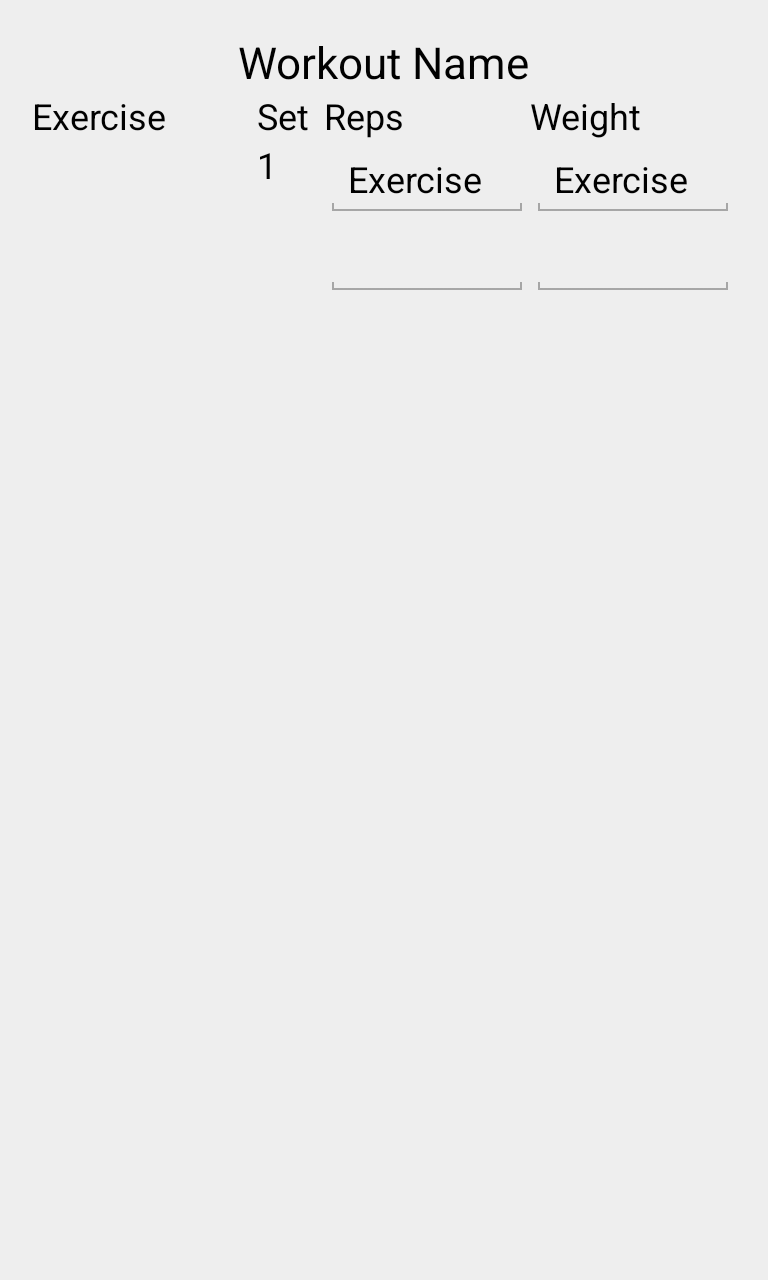
Repository: jmcdon09/EZWorkout
Layout: EzTrain/EzTrain/res/layout/activity_active_workout.xml
The author's editor kept a copy of each file at every save. The layout is drawn from the files as they stood at one save, then again after the next save.
It is drawn on a 768 x 1280 px phone screen (xhdpi) without system bars, with theme AppTheme; the app's code is not run.

Above is the layout before, as saved 2014-03-30 14:19:22.

After the next save:
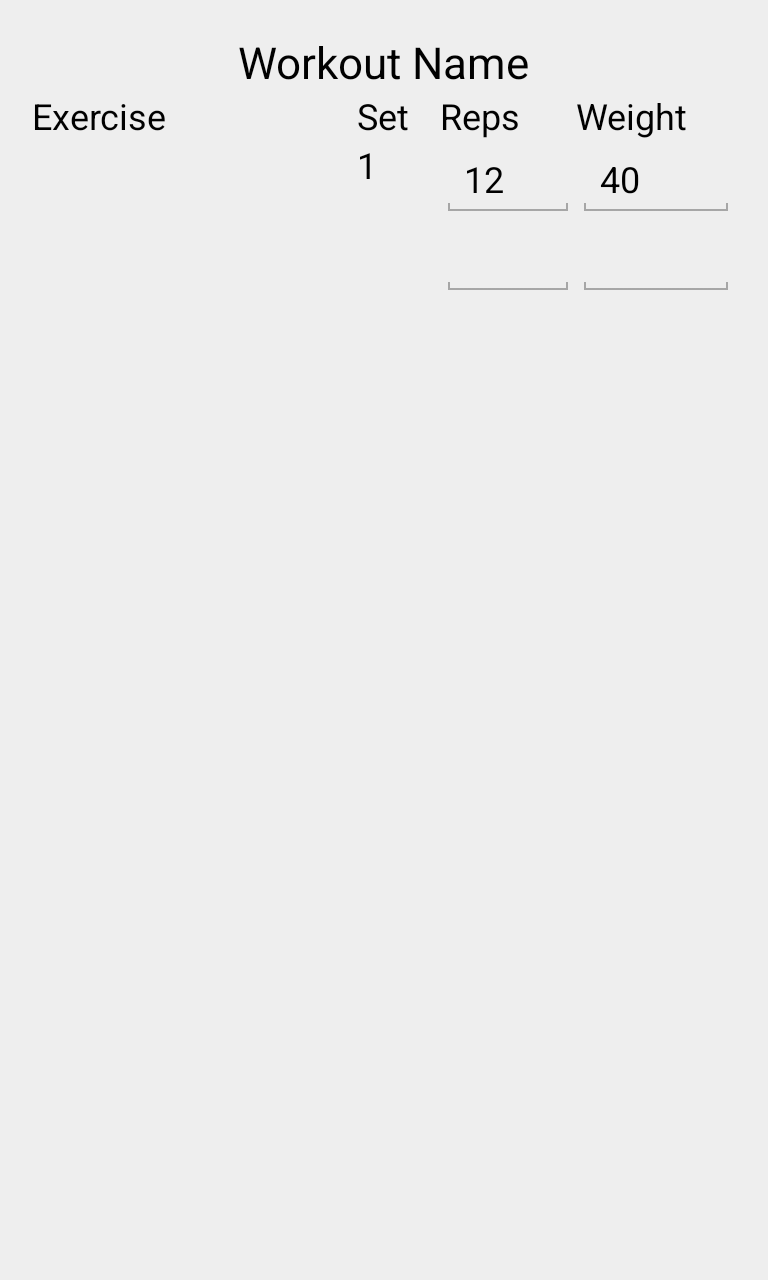
Saved 28 s later.
--- a/EzTrain/EzTrain/res/layout/activity_active_workout.xml
+++ b/EzTrain/EzTrain/res/layout/activity_active_workout.xml
@@ -83,7 +83,7 @@
                     android:layout_height="wrap_content"
                     android:layout_weight="15"
                     android:inputType="number"
-                    android:text="Exercise"
+                    android:text="12"
                     android:textAppearance="?android:attr/textAppearanceMedium" />
 
                 <EditText android:id="@+id/weight1"
@@ -91,7 +91,7 @@
                     android:layout_height="fill_parent"
                     android:layout_weight="15"
                     android:inputType="number"
-                    android:text="Exercise"
+                    android:text="40"
                     android:textAppearance="?android:attr/textAppearanceMedium"/>
             </TableRow>
 
